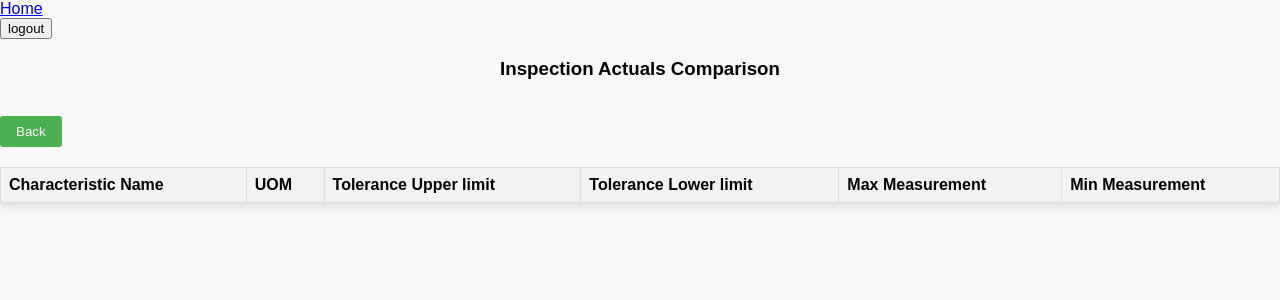
Repository: SJagadesh123/material-inspection01
Page: http://localhost/material_inspection/views/view-details.jsp
These files come from the project's save history. The page is drawn as it stood at one moment and after the next save; the edit follows.
The browser window is 1280 px wide. The pictures show the whole page.
The page is served by Tomcat 10. The template is opened directly, without the code that normally fills it, so the values that code supplies are empty.

Above is the page before, as saved 2024-02-11 07:58:56.
Not found: material inspection/material_inspection/css/header.css

After the next save:
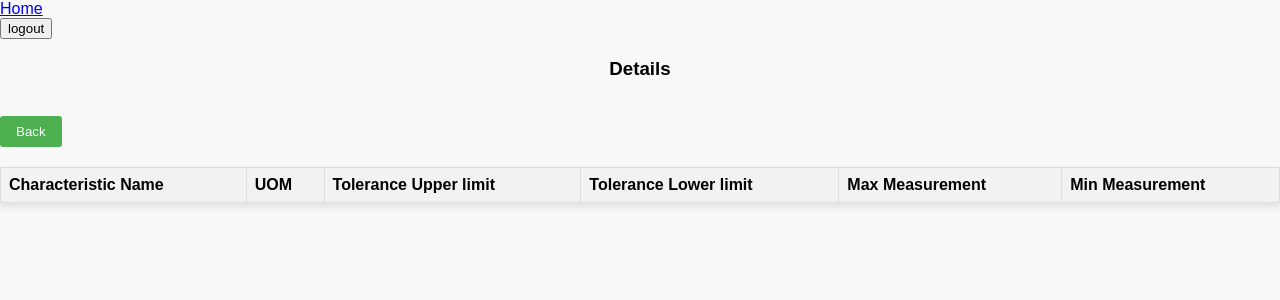
Saved 12 s later.
--- a/material inspection/material_inspection/src/main/webapp/views/view-details.jsp
+++ b/material inspection/material_inspection/src/main/webapp/views/view-details.jsp
@@ -33,7 +33,7 @@ h3 {
 <title>Approval</title>
 </head>
 <body>
-	<h3>Inspection Actuals Comparison</h3>
+	<h3>Details</h3>
 	<br>
 	<input type="button" value="Back"
 		onclick="window.location.href='/material-inspection/inspection/pending'">
